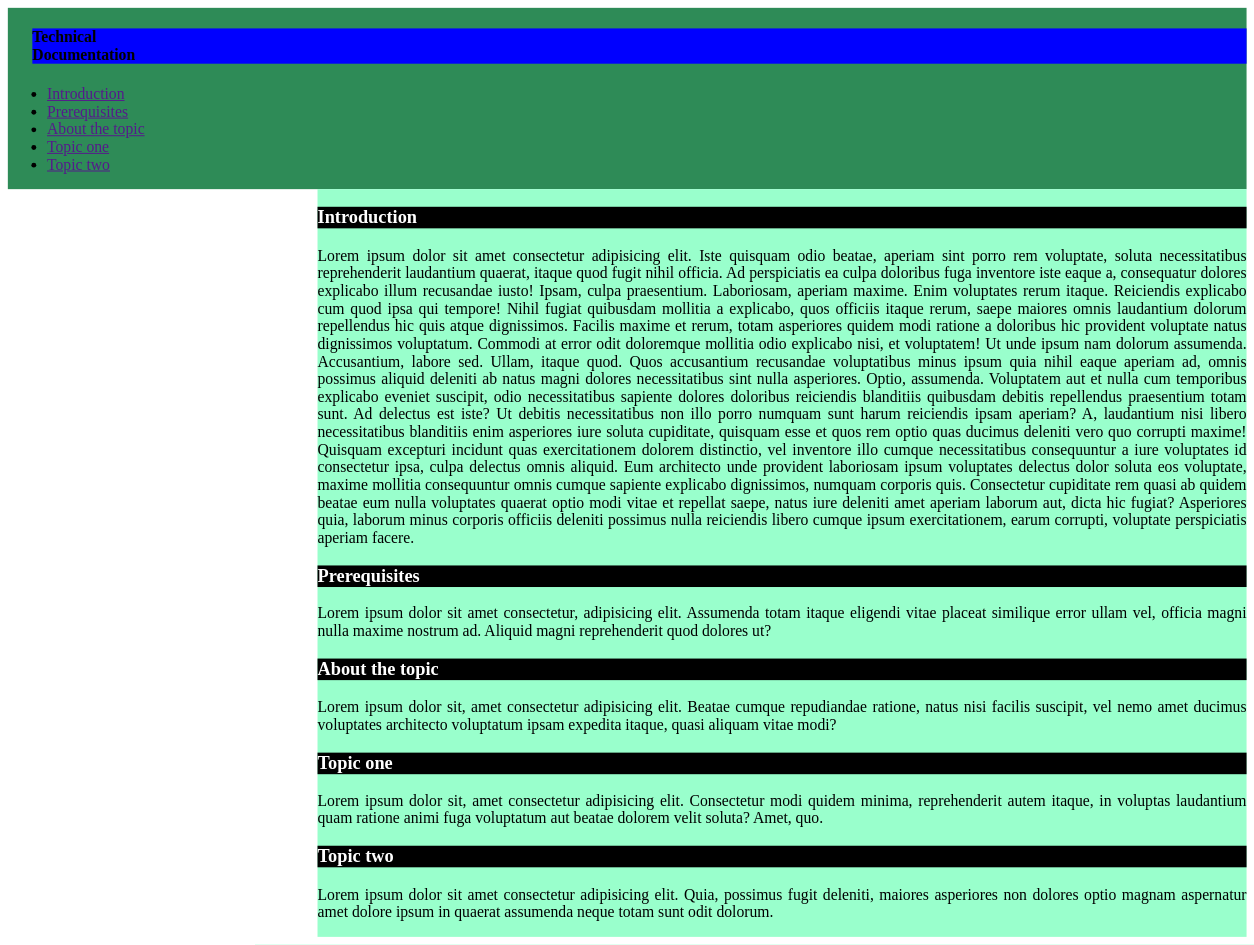
Repository: JoaoLemesDEV/Excercise-Tech-Documentation-Page
Page: index.html
The author's editor kept a copy of each file at every save. The page is drawn from the files as they stood at one save, then again after the next save.
The browser window is 1280 px wide. The pictures show the whole page, at 98% of full size.

Above is the page before, as saved 2021-10-03 20:56:18.

### index.html
<!DOCTYPE html>
<html lang="en">
  <head>
    <meta charset="UTF-8" />
    <meta http-equiv="X-UA-Compatible" content="IE=edge" />
    <meta name="viewport" content="width=device-width, initial-scale=1.0" />
    <title>Technical Documentaion</title>
    <link rel="stylesheet" href="index.css" />
  </head>
  <body>
    <div class="wrapper">
      <div id="menu">
        <h4 text-align="left">Technical<br />Documentation</h4>
        <nav>
          <ul>
            <li><a href="">Introduction</a></li>
            <li><a href="">Prerequisites</a></li>
            <li><a href="">About the topic</a></li>
            <li><a href="">Topic one</a></li>
            <li><a href="">Topic two</a></li>
          </ul>
        </nav>
      </div>
      <div id="contents">
        <section id="introduction">
          <h3 style="background: black; color: white">Introduction</h3>
          <p>
            Lorem ipsum dolor sit amet consectetur adipisicing elit. Iste
            quisquam odio beatae, aperiam sint porro rem voluptate, soluta
            necessitatibus reprehenderit laudantium quaerat, itaque quod fugit
            nihil officia. Ad perspiciatis ea culpa doloribus fuga inventore
            iste eaque a, consequatur dolores explicabo illum recusandae iusto!
            Ipsam, culpa praesentium. Laboriosam, aperiam maxime. Enim
            voluptates rerum itaque. Reiciendis explicabo cum quod ipsa qui
            tempore! Nihil fugiat quibusdam mollitia a explicabo, quos officiis
            itaque rerum, saepe maiores omnis laudantium dolorum repellendus hic
            quis atque dignissimos. Facilis maxime et rerum, totam asperiores
            quidem modi ratione a doloribus hic provident voluptate natus
            dignissimos voluptatum. Commodi at error odit doloremque mollitia
            odio explicabo nisi, et voluptatem! Ut unde ipsum nam dolorum
            assumenda. Accusantium, labore sed. Ullam, itaque quod. Quos
            accusantium recusandae voluptatibus minus ipsum quia nihil eaque
            aperiam ad, omnis possimus aliquid deleniti ab natus magni dolores
            necessitatibus sint nulla asperiores. Optio, assumenda. Voluptatem
            aut et nulla cum temporibus explicabo eveniet suscipit, odio
            necessitatibus sapiente dolores doloribus reiciendis blanditiis
            quibusdam debitis repellendus praesentium totam sunt. Ad delectus
            est iste? Ut debitis necessitatibus non illo porro numquam sunt
            harum reiciendis ipsam aperiam? A, laudantium nisi libero
            necessitatibus blanditiis enim asperiores iure soluta cupiditate,
            quisquam esse et quos rem optio quas ducimus deleniti vero quo
            corrupti maxime! Quisquam excepturi incidunt quas exercitationem
            dolorem distinctio, vel inventore illo cumque necessitatibus
            consequuntur a iure voluptates id consectetur ipsa, culpa delectus
            omnis aliquid. Eum architecto unde provident laboriosam ipsum
            voluptates delectus dolor soluta eos voluptate, maxime mollitia
            consequuntur omnis cumque sapiente explicabo dignissimos, numquam
            corporis quis. Consectetur cupiditate rem quasi ab quidem beatae eum
            nulla voluptates quaerat optio modi vitae et repellat saepe, natus
            iure deleniti amet aperiam laborum aut, dicta hic fugiat? Asperiores
            quia, laborum minus corporis officiis deleniti possimus nulla
            reiciendis libero cumque ipsum exercitationem, earum corrupti,
            voluptate perspiciatis aperiam facere.
          </p>
        </section>
        <section id="Prerequisites">
          <h3 style="background: black; color: white">Prerequisites</h3>
          <p>
            Lorem ipsum dolor sit amet consectetur, adipisicing elit. Assumenda
            totam itaque eligendi vitae placeat similique error ullam vel,
            officia magni nulla maxime nostrum ad. Aliquid magni reprehenderit
            quod dolores ut?
          </p>
        </section>
        <section id="about the topic">
          <h3 style="background: black; color: white">About the topic</h3>
          <p>
            Lorem ipsum dolor sit, amet consectetur adipisicing elit. Beatae
            cumque repudiandae ratione, natus nisi facilis suscipit, vel nemo
            amet ducimus voluptates architecto voluptatum ipsam expedita itaque,
            quasi aliquam vitae modi?
          </p>
        </section>
        <section id="topic one">
          <h3 style="background: black; color: white">Topic one</h3>
          <p>
            Lorem ipsum dolor sit, amet consectetur adipisicing elit.
            Consectetur modi quidem minima, reprehenderit autem itaque, in
            voluptas laudantium quam ratione animi fuga voluptatum aut beatae
            dolorem velit soluta? Amet, quo.
          </p>
        </section>
        <section id="topic two">
          <h3 style="background: black; color: white">Topic two</h3>
          <p>
            Lorem ipsum dolor sit amet consectetur adipisicing elit. Quia,
            possimus fugit deleniti, maiores asperiores non dolores optio magnam
            aspernatur amet dolore ipsum in quaerat assumenda neque totam sunt
            odit dolorum.
          </p>
        </section>
      </div>
    </div>
  </body>
</html>

### index.css
#menu{
float: left;
background-color: seagreen;

}

.wrapper {
    display: grid;
    //grid-template-columns: 100px 100px 100px;
    //grid-template-rows: 150px 150px;
}

#menu h4{
margin-left: 25px;
background-color: blue;
}

#contents{
  background-color: cadetblue;
	margin-left: 25%;
	background: #9FC;
  text-align: justify;
}

After the next save:
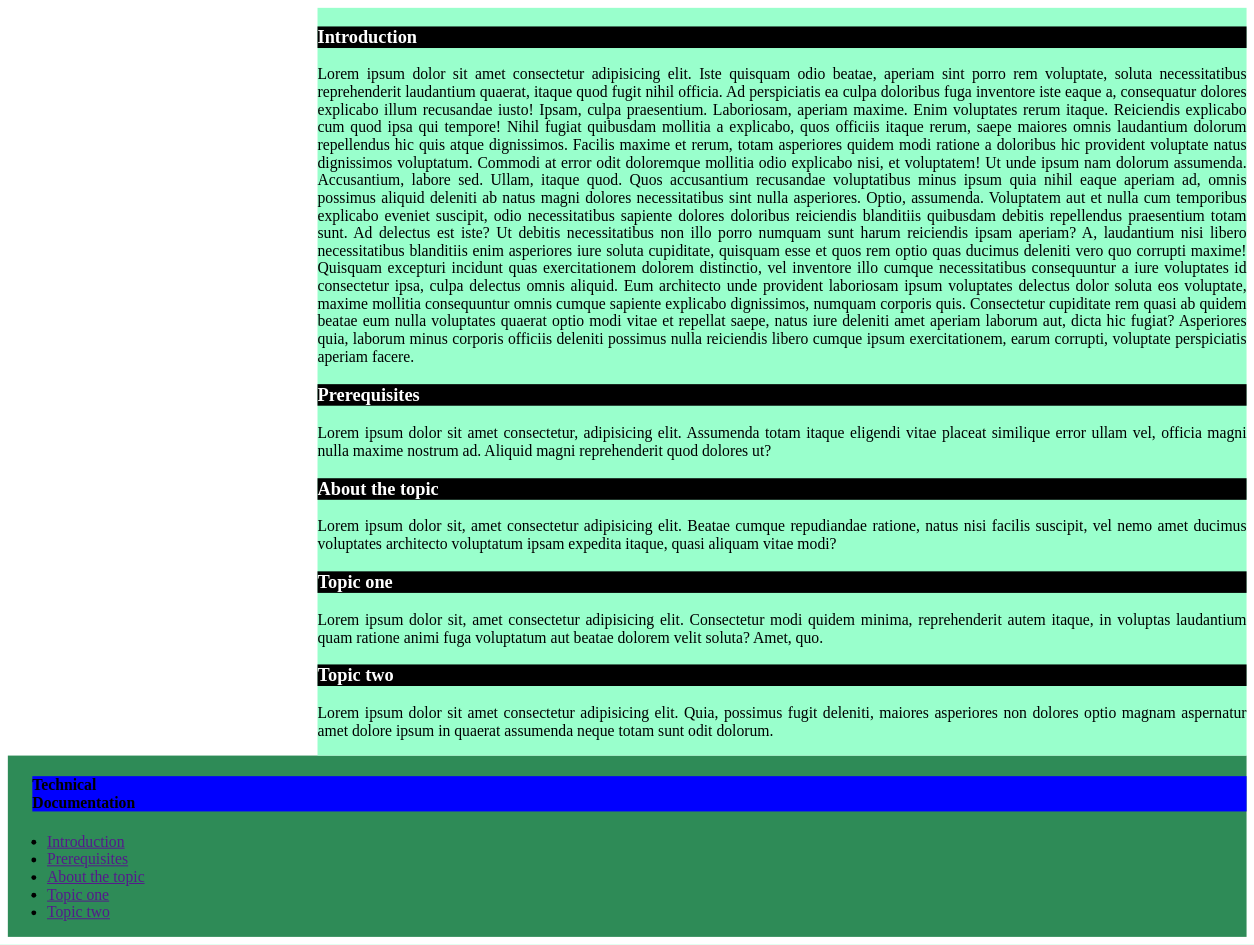
Saved 51 s later.
--- a/index.css
+++ b/index.css
@@ -1,6 +1,8 @@
 #menu{
 float: left;
 background-color: seagreen;
+grid-row-start: 2;
+    grid-row-end: 4;
 
 }
 

After the 2 saves that followed:
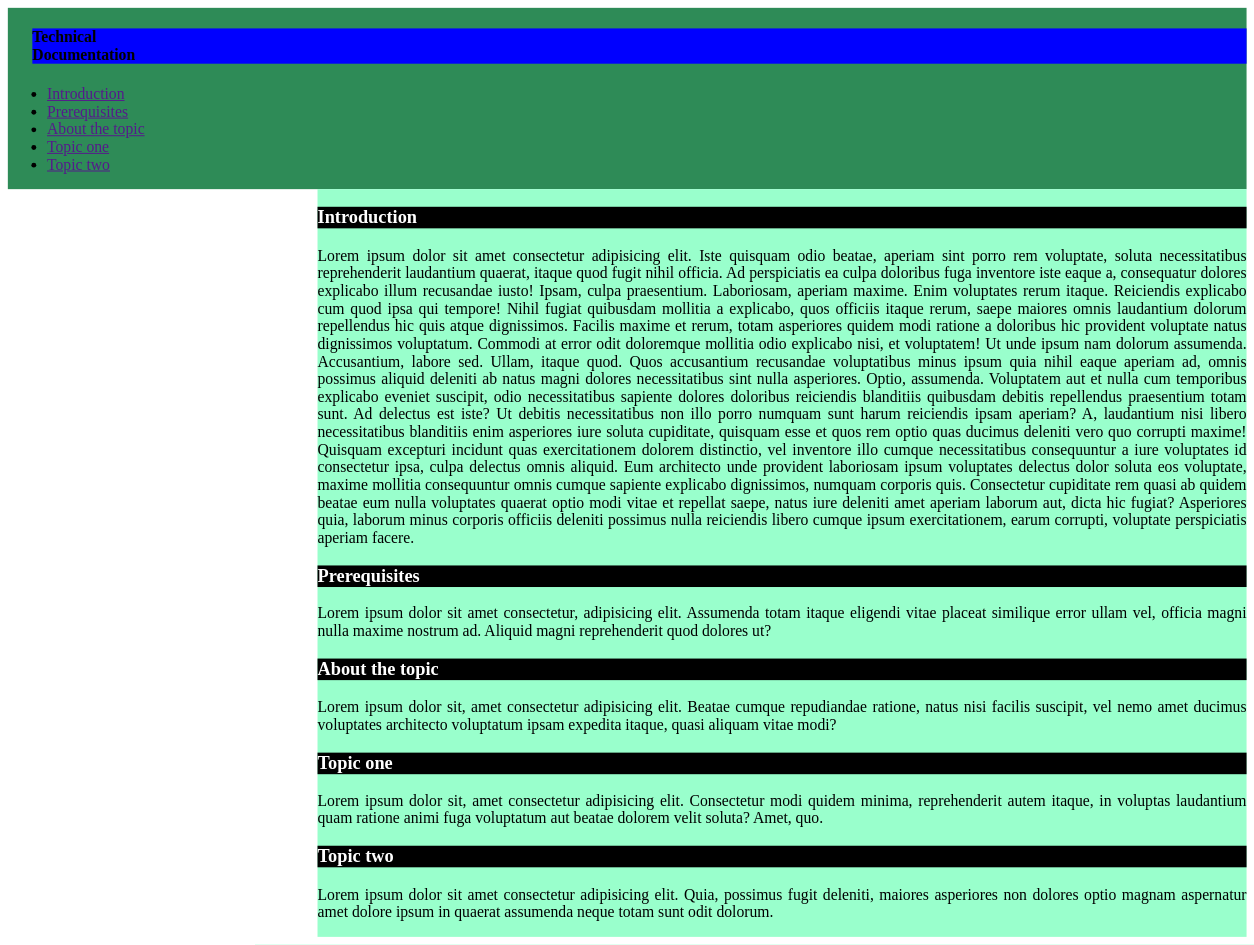
The 2 saves are shown as one change because they came seconds apart.
The last was saved 10 s later.
--- a/index.css
+++ b/index.css
@@ -1,8 +1,8 @@
 #menu{
 float: left;
 background-color: seagreen;
-grid-row-start: 2;
-    grid-row-end: 4;
+grid-row-start: 1;
+grid-row-end: 4;
 
 }
 
